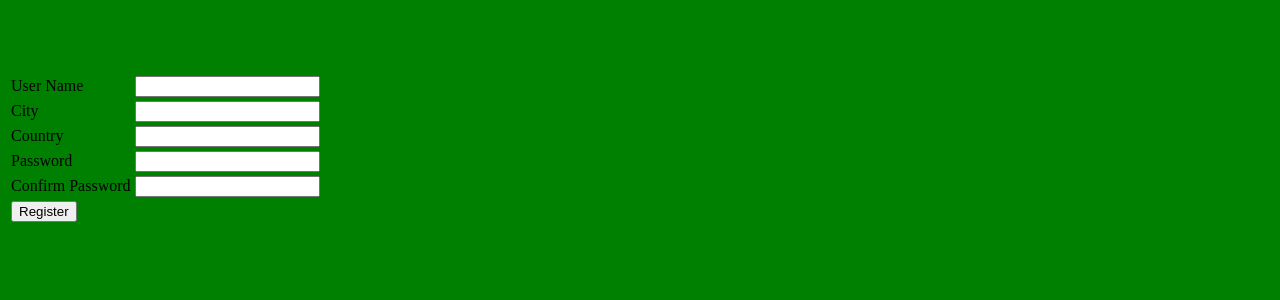
Repository: sultanaNargis03/IndustryReadyJavaSpringBoot
Page: Servlet/workspace/Learningportal/src/main/webapp/register.html
These files come from the project's save history. The page is drawn as it stood at one moment and after the next save; the edit follows.
The browser window is 1280 px wide. The pictures show the whole page.

Above is the page before, as saved 2023-12-11 09:47:05.

### Servlet/workspace/Learningportal/src/main/webapp/register.html
<!DOCTYPE html>
<html>
<head>
<meta charset="ISO-8859-1">
<title>Registration</title>
</head>
<body bgcolor="green">
<h2 style="color: red"><marquee>Student registration!!</marquee></h2>
<form action="./reg">
	<table>
		<tr>
			<td>User Name</td>
			<td><input type="text" name="uname"</td>
		</tr>
		<tr>
			<td>City</td>
			<td><input type="text" name="city"</td>
		</tr>

		<tr>
			<td>Country</td>
			<td><input type="text" name="country"</td>
		</tr>
		<tr>
			<td>Password</td>
			<td><input type="password" name="password"</td>
		</tr>
		<tr>
			<td>Confirm Password</td>
			<td><input type="password" name="cpassword"</td>
		</tr>
		<tr>
			<td><input type="submit" value="Register"</td>
		</tr>
	</table>
</form>

</body>
</html>

After the next save:
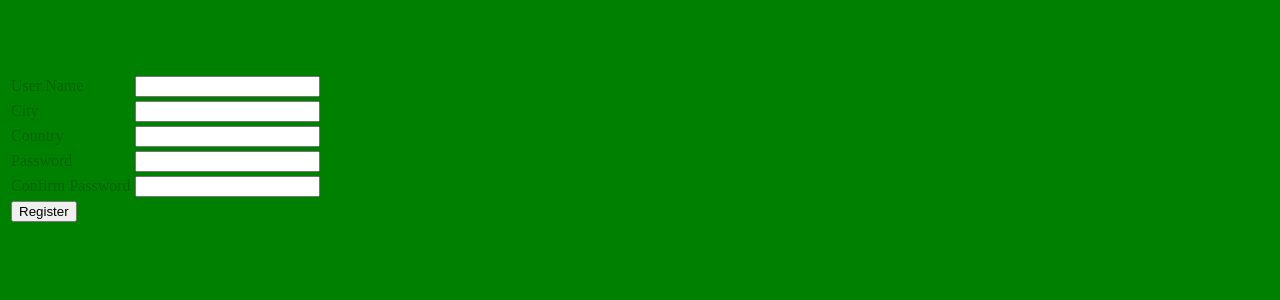
Saved 113 s later.
--- a/Servlet/workspace/Learningportal/src/main/webapp/register.html
+++ b/Servlet/workspace/Learningportal/src/main/webapp/register.html
@@ -7,7 +7,7 @@
 <body bgcolor="green">
 <h2 style="color: red"><marquee>Student registration!!</marquee></h2>
 <form action="./reg">
-	<table>
+	<table style="color:darkgreen">
 		<tr>
 			<td>User Name</td>
 			<td><input type="text" name="uname"</td>
